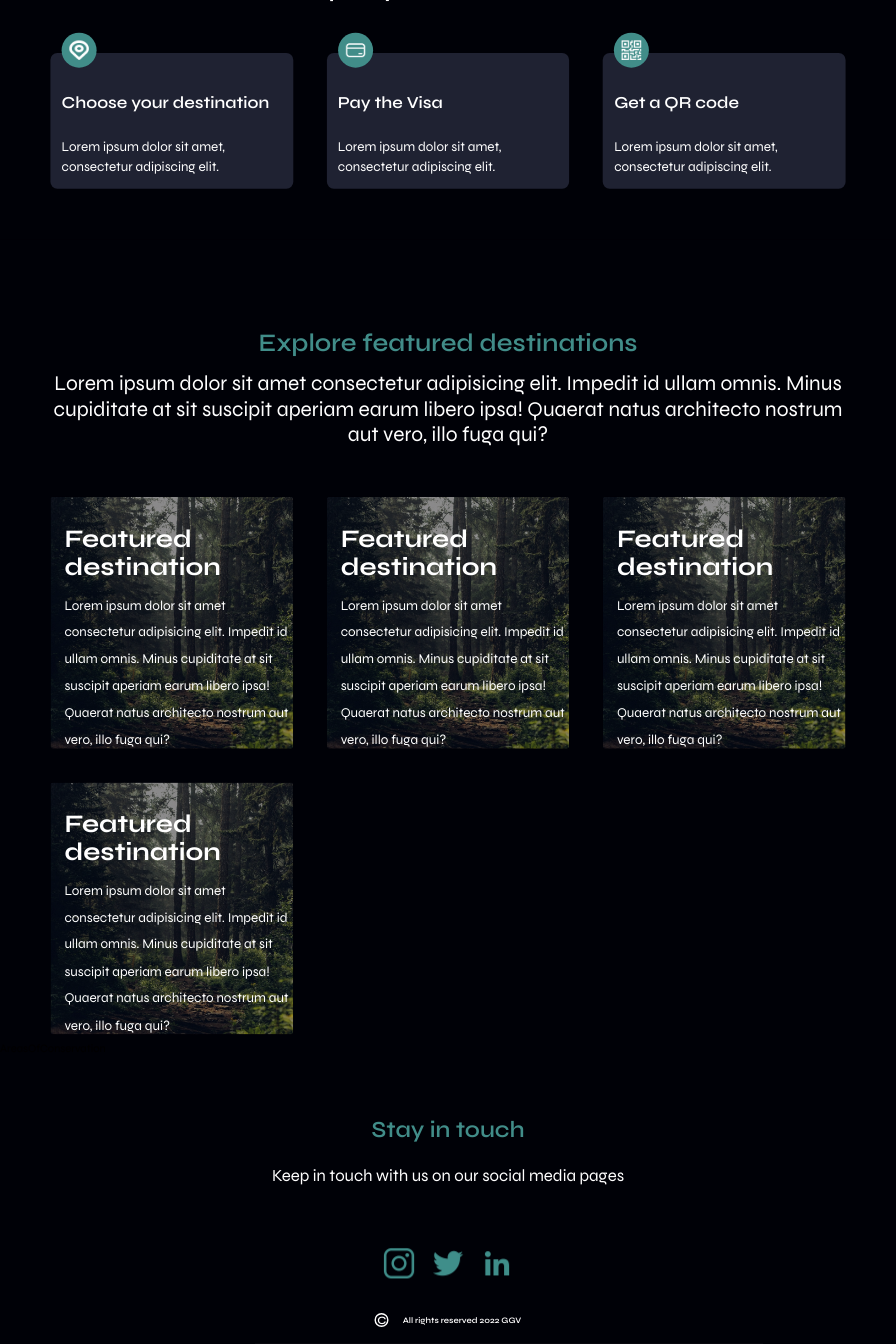
Repository: EngrAhmadUmar/landing-page
Page: /main
The author's editor kept a copy of each file at every save. The page is drawn from the files as they stood at one save, then again after the next save.
The browser window is 1280 px wide. The pictures show the part of the page from y = 804 to 2724 px (the page is 2724 px tall before and 2703 px after), at 70% of full size.
The page's requests for data from a server got no answer. The project was rebuilt for these pictures with package versions that can differ from the ones it lists, and the page was loaded fresh each time. The framework's server and built-in components were replaced by stand-ins that run in the browser. No one was signed in, and anything a server would have sent is missing. Also part of the build but not shown: next.config.js.

Above is the page before, as saved 2022-06-28 10:09:15.

After the next save:
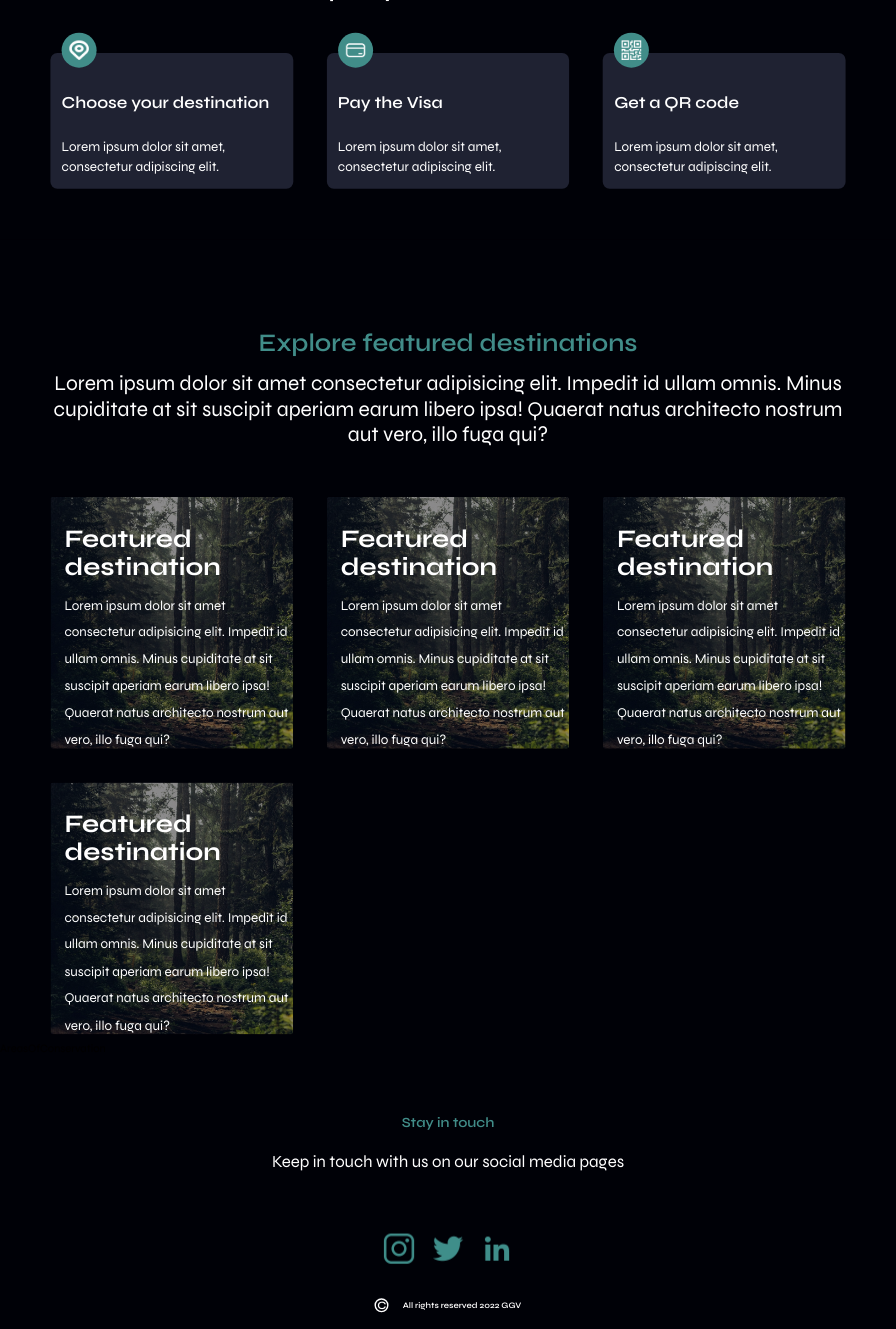
Saved 10 s later.
--- a/src/Components/MainPageComponents/Footer.jsx
+++ b/src/Components/MainPageComponents/Footer.jsx
@@ -16,7 +16,7 @@ const Footer = () => {
         />
       </Head>
       <div className="top-[20%] px-8">
-        <h1 className="text-[#418D89] font-semibold text-[33px] ">
+        <h1 className="text-[#418D89] font-semibold text-[33px] md:text-xl ">
           Stay in touch
         </h1>
         <p className="text-white leading-[43px] font-normal text-[1.5rem] mt-5  ">
